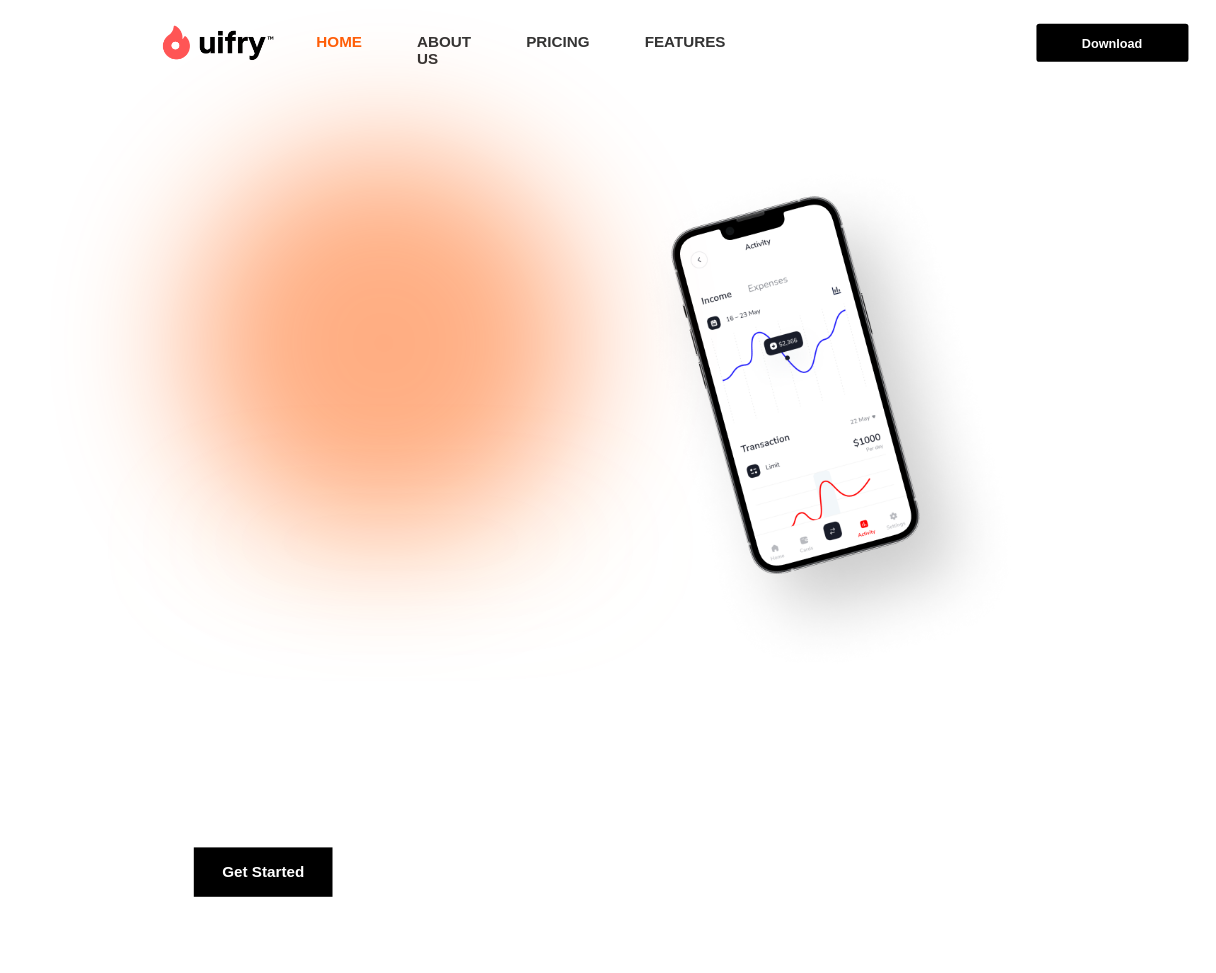
Repository: sakshambansal7/Uifry
Page: index.html
An editor plug-in stored every save of this project. The page is shown before and after the next save, followed by the edit.
The browser window is 1280 px wide. The pictures show the whole page, at 95% of full size.

Above is the page before, as saved 2024-06-12 15:11:47.

### index.html
<!DOCTYPE html>
<html lang="en">
  <head>
    <meta charset="UTF-8" />
    <meta name="viewport" content="width=device-width, initial-scale=1.0" />
    <title>uifry.com</title>
    <link rel="stylesheet" href="style.css" />
  </head>
  <body>
    <nav class="navbar">
      <div>
        <img class="logo" src="./images/logo.png" alt="img" />
      </div>
      <div class="nav">
        <div><a href="#" class="nav__link active">Home </a></div>
        <div><a href="#" class="nav__link">About Us</a></div>
        <div><a href="#" class="nav__link">Pricing</a></div>
        <div><a href="#" class="nav__link">features</a></div>
      </div>
      <div class="download">
        <button class="button">Download</button>
      </div>
    </nav>
    <div class="part1 absolute">
      <div class="left absolute insert-0 justify-center ">
        <div class="bg-shape1 bg-primary opacity-50 bg-blur"></div>
        <div class="bg-shape2 bg-yellow opacity-50 bg-blur"></div>

        <h1>Make The Best Financial Decisions</h1>
        <p>
          Cum Et Convallis Risus Placerat Aliquam, Nunc. Scelerisque Aliquet
          Faucibus Tincidunt Eu Adipiscing Sociis Arcu Lorem Porttitor.
        </p>
        <div class="cta-buttons">
          <button class="get-started-btn">Get Started</button>
          <button class="watch-video-btn">Watch Video</button>
        </div>
      </div>
      <div class="right">
        <img src="./images/igraph.png" alt="Mobile App Mockup" />
      </div>
    </div>
  </body>
  <script src="script.js"></script>
</html>

### style.css

*{
    margin: 0px;
    padding: 5px;

}
body {
  margin-left: 20vh;
  margin-right: 20vh;
  font-family: Arial, sans-serif;
  background: #fff;
  color: #333;
  justify-content: center;
  box-sizing: border-box;
}

  /* navbar */
.logo {
  width: 120px;
}


.navbar{
  display: flex;
  justify-content: flex-start;

}
.nav{
  padding-top: 10px;
  display: flex;
  justify-content: center;

}
nav  {
  display: inline;
}

nav a {
  text-decoration: none;
  color: #333;
  font-weight: bold;
}


.button {
  width: 160px;
  height: 40px;
  border-radius: 3px;

  background-color: #000;
  color: #fff;
  padding: 10px 20px;
  border: none;
  cursor: pointer;
  font-weight: bold;
  margin-left: 40vh;
}
.download{

  padding-top: 10px;
}


.nav__link {
    display: block;
    padding: .3125rem 1.5rem;
    text-transform: uppercase;
  }

  .nav__link.active  {

    color: #FF5E08;
  }

  /* part-1 */

  .part1 {
    display: flex;
    justify-content: space-between;
    padding: 60px 40px;
    color: #fff;
}

.left {
  max-width: 50%;
}

.part1 h1 {
  font-size: 3em;
  margin: 0 0 20px;
}

.part1 p {
  font-size: 1.2em;
  margin: 0 0 40px;
}

.cta-buttons {
  display: flex;
  gap: 20px;
}

.get-started-btn,
.watch-video-btn {
  background: #000;
  color: #fff;
  padding: 15px 30px;
  border: none;
  cursor: pointer;
  font-size: 1em;
  font-weight: bold;
}

.watch-video-btn {
  background: transparent;
  border: 2px solid #fff;
}

.right {
  max-width: 50%;
}

.right img {
  width: 100%;
}
/* background-effect */
/* .absolute{
  position: absolute;
  top: 50px !important;
  inset: 0;
  justify-content: center;
  display: inline-flex;
  flex-direction: row;
} */

.justify-center{
  justify-content: center;
}

.bg-shape1{
  width: 400px;
  height: 400px;
  border-radius: 9999px;
  position: relative;
}

.opacity-50{
  opacity: .5;
}

.bg-blur{
filter: blur(70px);
}
.bg-primary{
  background-color: #FF5E08;
}

.bg-yellow{
  background-color: #FDE598;
}

### script.js
document.addEventListener('DOMContentLoaded', function() {
    const selector = '.nav__link';
    const elems = Array.from( document.querySelectorAll( selector ) );
    const navigation = document.querySelector( 'nav' );

    function makeActive( evt ) {
      const target = evt.target;

      if ( !target || !target.matches( selector ) ) {
        return;
      }

      elems.forEach( elem => elem.classList.remove( 'active' ) );

        evt.target.classList.add( 'active' );
    };

    navigation.addEventListener( 'mousedown', makeActive );

    } );

After the next save:
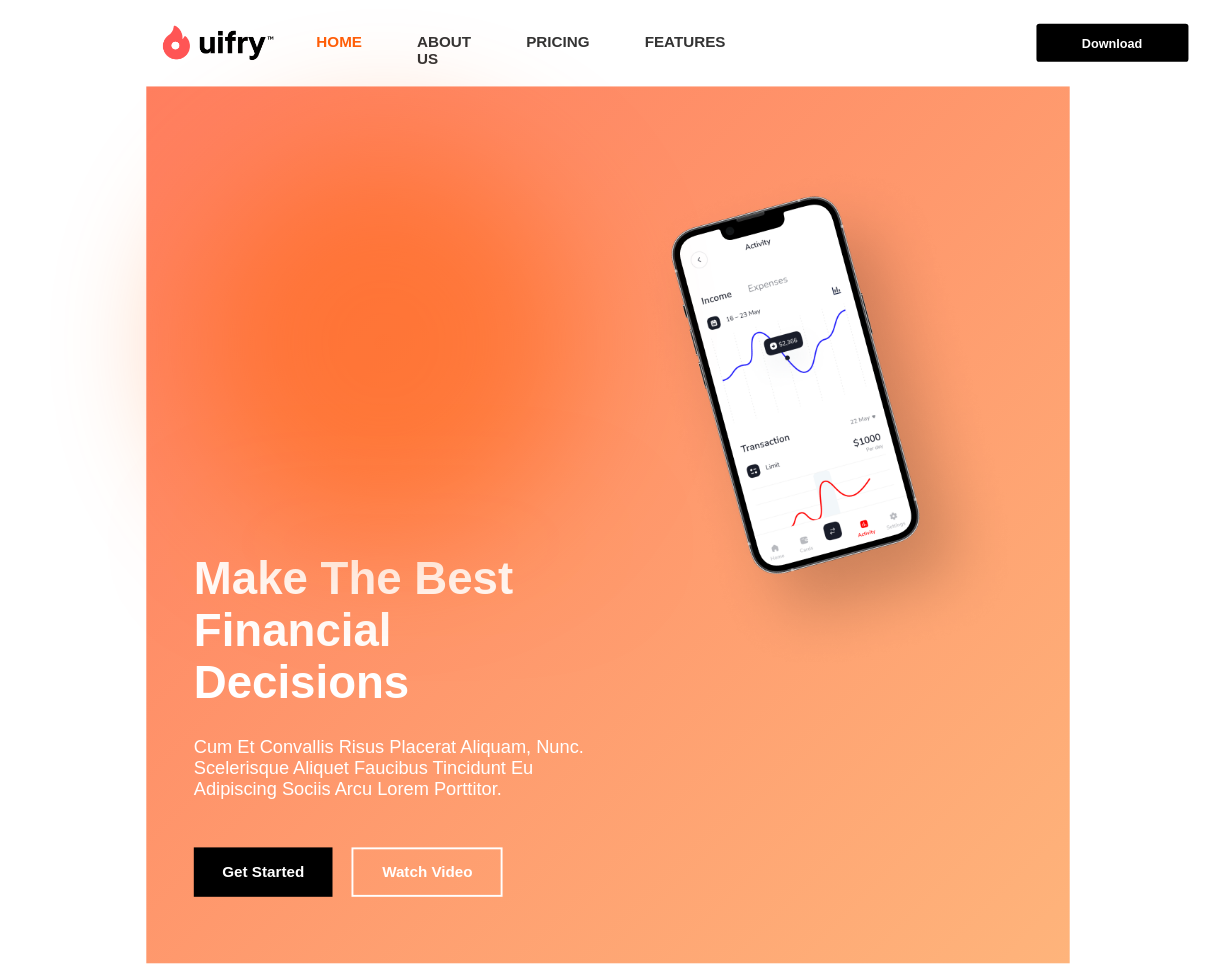
Saved 17 s later.
--- a/style.css
+++ b/style.css
@@ -78,6 +78,7 @@ nav a {
     display: flex;
     justify-content: space-between;
     padding: 60px 40px;
+    background: linear-gradient(135deg, #ff7e5f, #feb47b);
     color: #fff;
 }
 
@@ -156,5 +157,5 @@ filter: blur(70px);
 }
 
 .bg-yellow{
-  background-color: #FDE598;
+  background-color: #FF5E08;
 }
